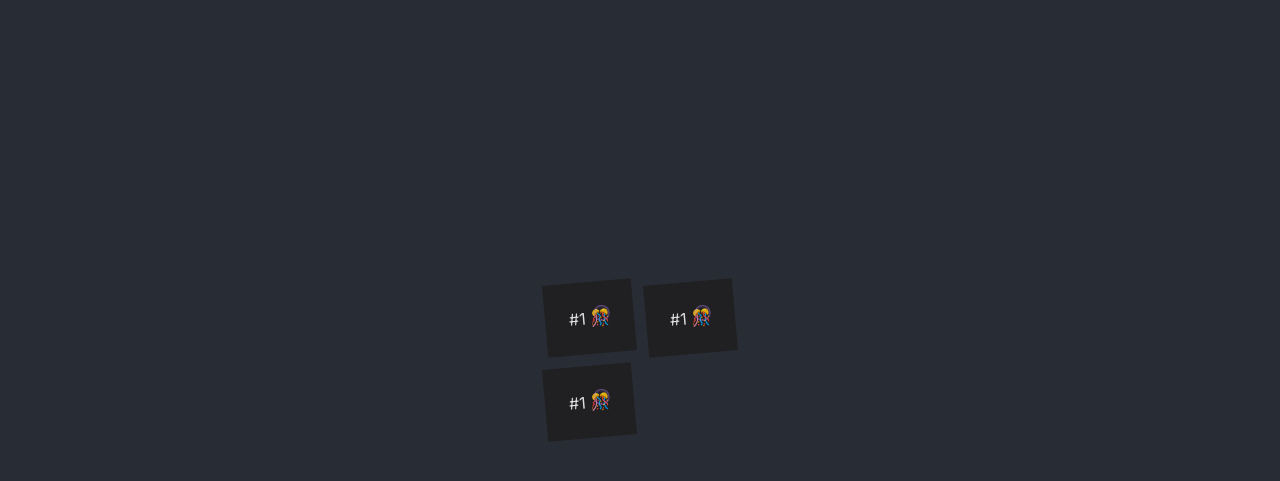
Repository: devsecops-node/simple-play
Page: /recomendations
An editor plug-in stored every save of this project. The page is shown before and after the next save, followed by the edit.
The browser window is 1280 px wide. The pictures show the whole page.
The project was rebuilt for these pictures with package versions that can differ from the ones it lists, and the page was loaded fresh each time. The framework's server and built-in components were replaced by stand-ins that run in the browser. Also part of the build but not shown: next.config.mjs.

Above is the page before, as saved 2024-06-21 18:21:26.

### src/app/recomendations/page.tsx
import React from 'react'
import Container from '../_components/Container'
import { RecomendationUI } from '../_components/RecomendationsSearch'
import Card from '../_components/Card'
import styles from "../_styles/cards.module.css"

export interface RecomendationUI2 {
  id: number
  recomenda: string
}

const page = () => {
  const recom: RecomendationUI2[] = [
    { id: 1, recomenda: 'Cuando sonries, el mundo entero se detiene, es tan triste que no lo veas' },
    { id: 1, recomenda: 'Si me preguntas que si te ves bien, diria que no hay nada que cambiaria, eres increible, tal como eres' },
    { id: 1, recomenda: 'Ya deja de preocuparte, recuerda que' }]
  return (
    <Container>
      <div className={styles.container}>
        <div className={styles.cards}>
          {recom.map((dat) => (
            <Card key={dat.id} recomenda={dat} />
          ))}
        </div>
      </div>
    </Container>
  )
}

export default page

### src/app/globals.css
@tailwind base;
@tailwind components;
@tailwind utilities;

:root {
  --foreground-rgb: 0, 0, 0;
  --background-start-rgb: 214, 219, 220;
  --background-end-rgb: 255, 255, 255;
}

@media (prefers-color-scheme: dark) {
  :root {
    --foreground-rgb: 255, 255, 255;
    --background-start-rgb: 0, 0, 0;
    --background-end-rgb: 0, 0, 0;
  }
}

body {
  color: rgb(var(--foreground-rgb));
  background: linear-gradient(to bottom,
      transparent,
      rgb(var(--background-end-rgb))) rgb(var(--background-start-rgb));
}

@layer utilities {
  .text-balance {
    text-wrap: balance;
  }
}

input {
  color: black;
  padding: 3px 5px;
  border-radius: 0.125rem;
  -webkit-border-radius: 0.125rem;
  -moz-border-radius: 0.125rem;
  -ms-border-radius: 0.125rem;
  -o-border-radius: 0.125rem;
  font-size: 15px;
  border: none;
}

input[type=text]:focus {
  outline: 2px solid #0284c7;
}
/* Resource for Card */

### src/app/_components/Container.tsx
import React from 'react'

const Container = ({ children }: { children: React.ReactNode }) => {
  return (
    <div className='bg-[#282c34] h-screen text-white flex flex-col items-center justify-center'>
      {children}
    </div>
  )
}

export default Container

### src/app/_components/Card.tsx
"use client"
import React from 'react'
import styles from "../_styles/cards.module.css"
import { RecomendationUI2 } from '../recomendations/page'

// h-[120px] w-[200px] cursor-pointer p-4 rounded-md bg-white shadow-md text-black transition-all duration-150 hover:scale-105
const Card = ({ recomenda }: { recomenda: RecomendationUI2 }) => {
  return (
    <div className={styles.card} onMouseEnter={() => console.log('qweew')}>
      <h2 className={styles.card_title}>#{recomenda.id} 🎊</h2>
      {/* <p className={styles.description}>{recomenda.recomenda}</p> */}
    </div>
  )
}

export default Card

### src/app/_styles/cards.module.css

.container {
  height: 100%;
  width: 100%;
  padding: 1rem 0;
  display: grid;
  place-content: center;

  .cards {
    display: grid;
    grid-template-columns: repeat(2, 1fr);
    gap: 0.75rem;
    pointer-events: none;
  }

  .card {
    max-width: 15rem;
    color: #ffffffda;
    padding: 1.5rem;
    background-color: #202022;

    pointer-events: auto;

    transform: scale(1);
    opacity: 1;
    transition: all 150ms ease-in-out;

    display: flex;
    flex-direction: column;

    .card_title{
      position: relative;

      &::before {
        content: "";
        height: 1rem;
        width: 1rem;
        border-radius: 50%;
        box-shadow: inset 0 0 3px #bb86fc;
        background-color: transparent;

        position: absolute;
        right: 0;
      }
    }

    .date {
      color: #bb86fc;
      font-size: 0.85rem;
      margin-bottom: 1.5rem;
    }

    .description {
      font-size: 0.9rem;
    }

    &:nth-child(even) {
      transform: translateY(8px);
    }

    &:nth-child(n) {
      transform: rotate(-5deg);
    }
  }
}

.cards:hover > .card:hover {
  transform: scale(1.15);
  box-shadow: 0 0 10px rgba(0,0,0,0.5);
  z-index: 10;
}
.cards:hover > .card:not(:hover) {
  opacity: 0.5;
}

Loaded but not shown: src/app/layout.tsx (common file); tailwind.config.ts (common file)

After the next save:
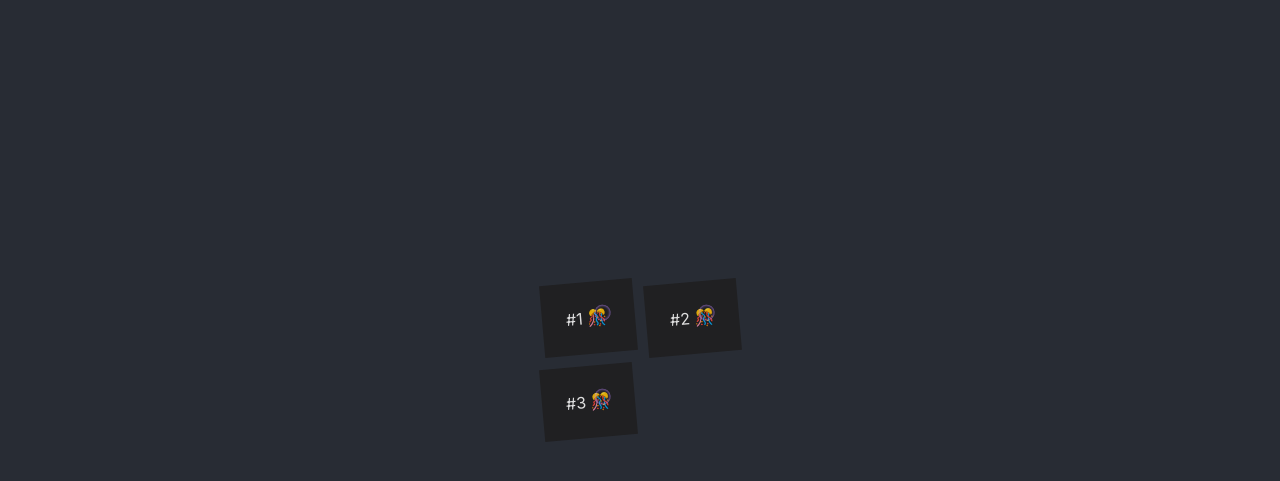
Saved 12 s later.
--- a/src/app/recomendations/page.tsx
+++ b/src/app/recomendations/page.tsx
@@ -12,8 +12,8 @@
 const page = () => {
   const recom: RecomendationUI2[] = [
     { id: 1, recomenda: 'Cuando sonries, el mundo entero se detiene, es tan triste que no lo veas' },
-    { id: 1, recomenda: 'Si me preguntas que si te ves bien, diria que no hay nada que cambiaria, eres increible, tal como eres' },
-    { id: 1, recomenda: 'Ya deja de preocuparte, recuerda que' }]
+    { id: 2, recomenda: 'Si me preguntas que si te ves bien, diria que no hay nada que cambiaria, eres increible, tal como eres' },
+    { id: 3, recomenda: 'Ya deja de preocuparte, recuerda que' }]
   return (
     <Container>
       <div className={styles.container}>
